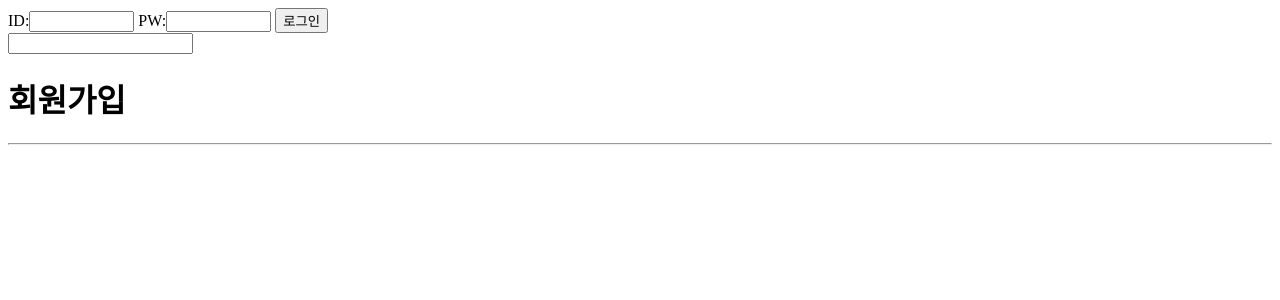
Repository: to-flatwhite1/JSP
Page: http://localhost/JSP/
The author's editor kept a copy of each file at every save. The page is drawn from the files as they stood at one save, then again after the next save.
The browser window is 1280 px wide. The pictures show the whole page.
The page is served by Tomcat 9.

Above is the page before, as saved 2024-05-17 08:28:00.

### portfolio-master/JSP/src/main/webapp/index.jsp
<%@ page language="java" contentType="text/html; charset=utf-8"
    pageEncoding="utf-8"%>
<!DOCTYPE html>
	<html>
	<head>
		<meta charset="utf-8">
		<title></title>
	</head>
	<body>

	<form method="get" action="next.jsp">
	ID:<input type="text" id="user_id" size="10">
	PW:<input type="password" id="user_pw" size="10">
	<input type="submit" value="로그인">
	</form>
	<input type=text>
	<h1>회원가입</h1>
	<hr>
	</body>
</html>

After the next save:
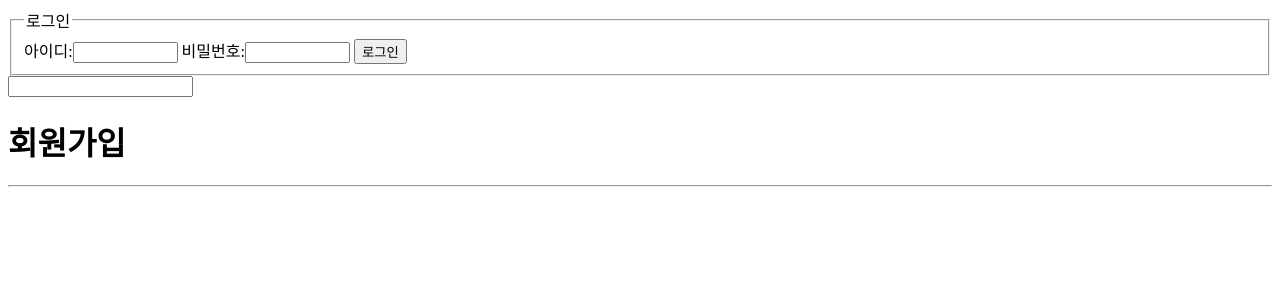
Saved 59 s later.
--- a/portfolio-master/JSP/src/main/webapp/index.jsp
+++ b/portfolio-master/JSP/src/main/webapp/index.jsp
@@ -9,9 +9,12 @@
 	<body>
 
 	<form method="get" action="next.jsp">
-	ID:<input type="text" id="user_id" size="10">
-	PW:<input type="password" id="user_pw" size="10">
+	<fieldset>
+	<legend>로그인</legend>
+	아이디:<input type="text" id="user_id" size="10">
+	비밀번호:<input type="password" id="user_pw" size="10">
 	<input type="submit" value="로그인">
+	</fieldset>
 	</form>
 	<input type=text>
 	<h1>회원가입</h1>
